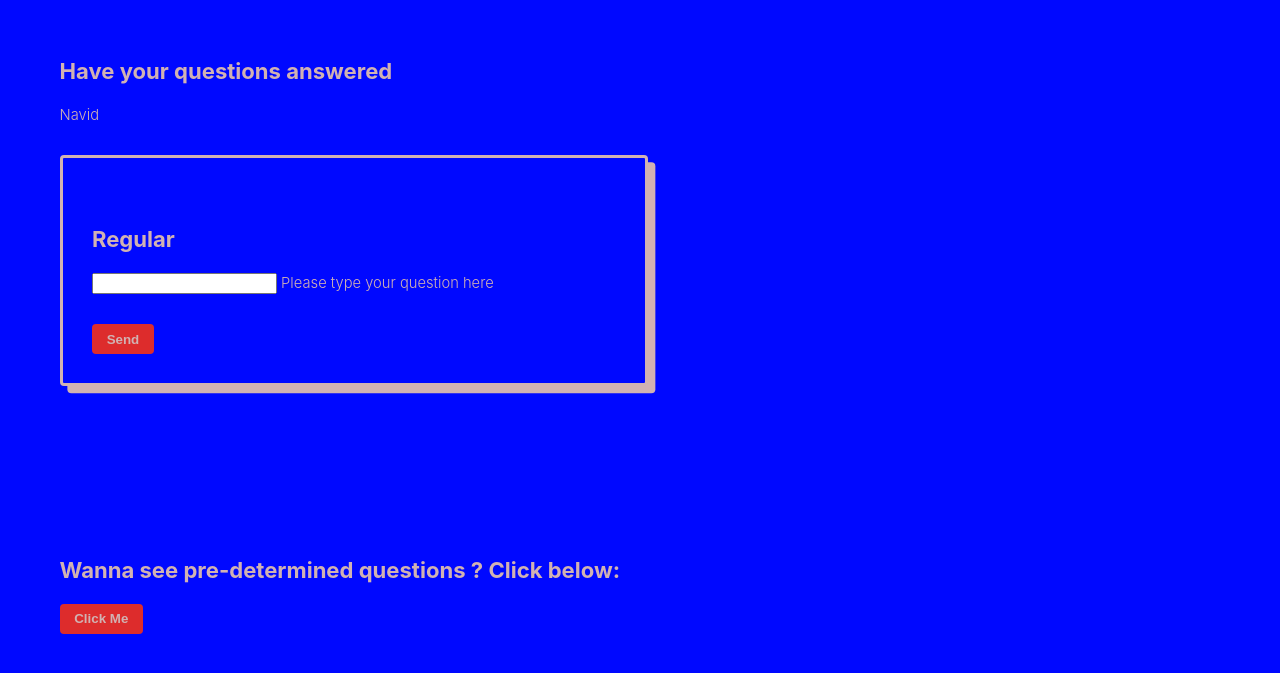
Repository: navid-amini12/capstone-1
Page: quiz.html
The author's editor kept a copy of each file at every save. The page is drawn from the files as they stood at one save, then again after the next save.
The browser window is 1280 px wide. The pictures show the whole page.
Some web fonts or font styles are not loaded; a fallback is used.

Above is the page before, as saved 2022-05-17 13:21:04.

After the next save:
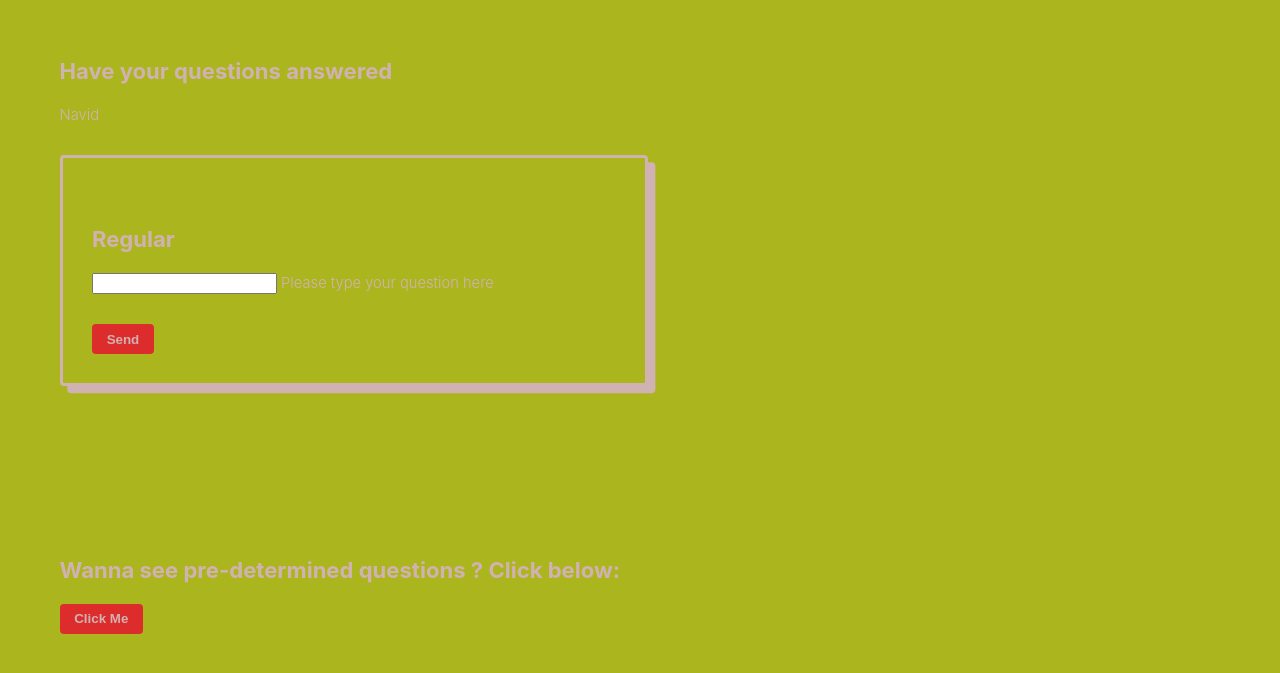
Saved 2 min 29 s later.
--- a/quiz.css
+++ b/quiz.css
@@ -1,7 +1,7 @@
 @import url('https://rsms.me/inter/inter.css');
 
 :root {
-  --color-light: rgb(0, 8, 255);
+  --color-light: rgb(171, 181, 30);
   --color-dark: #d1b2b2;
   --color-signal: #dd2c2c;
 
